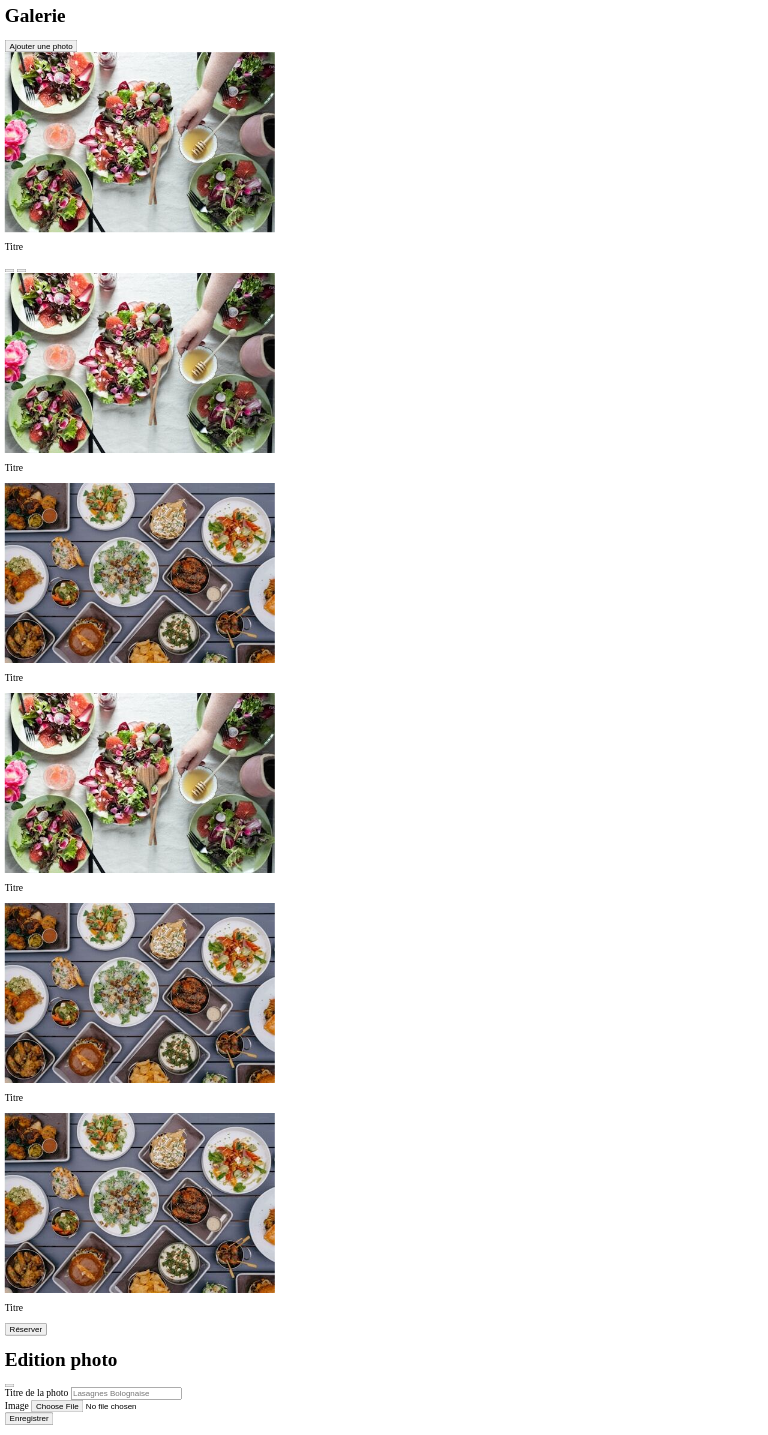
Repository: lemonhao9/QuaiAntiqueRestaurantFront
Page: pages/galerie.html
The author's editor kept a copy of each file at every save. The page is drawn from the files as they stood at one save, then again after the next save.
The browser window is 1280 px wide. The pictures show the whole page, at 60% of full size.

Above is the page before, as saved 2025-01-24 14:54:45.

After the next save:
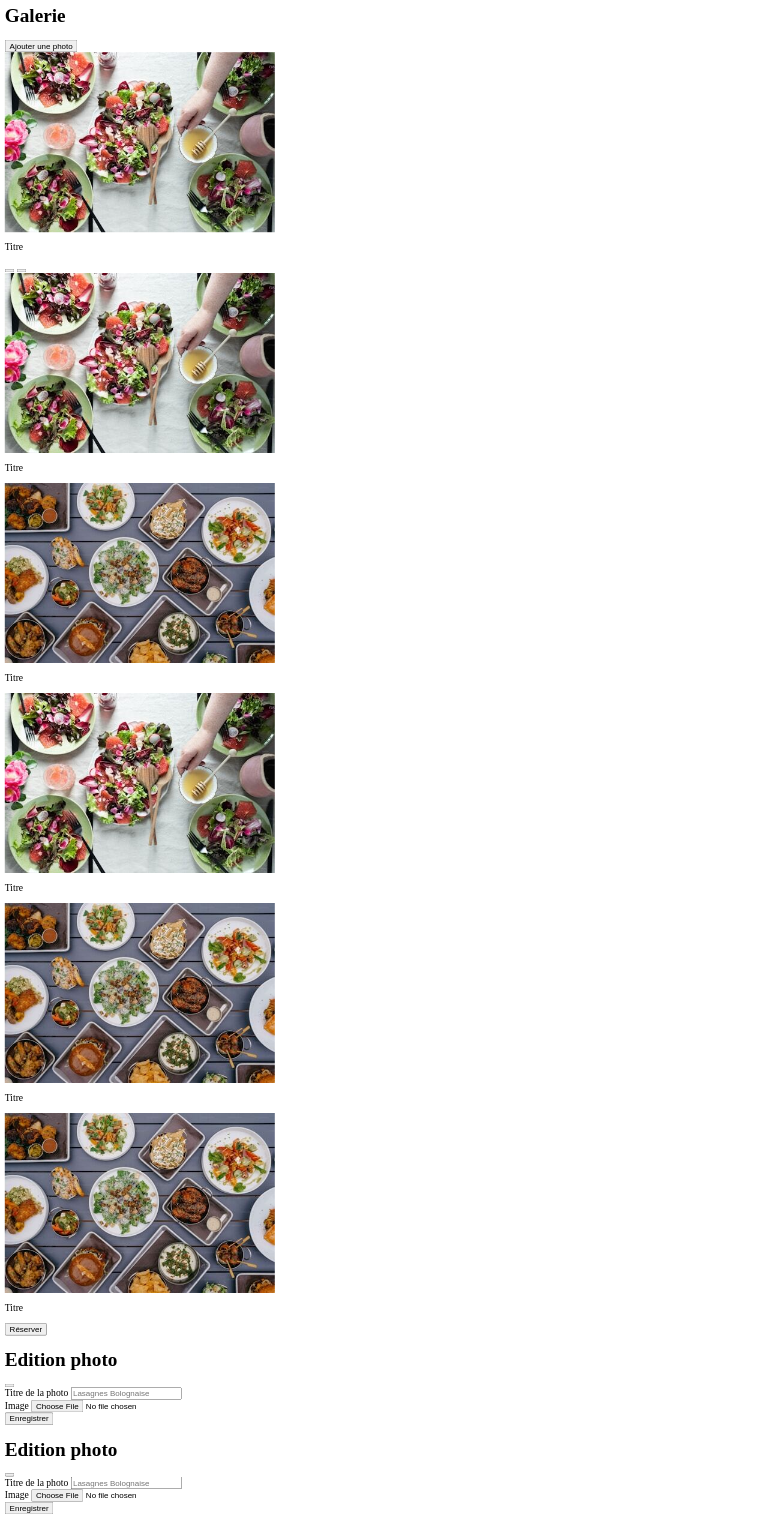
Saved 2 min 41 s later.
--- a/pages/galerie.html
+++ b/pages/galerie.html
@@ -55,8 +55,8 @@
     </div>
 </div>
 
-<!-- Modal -->
-<div class="modal fade" id="EditionPhotoModal" tabindex="-1" aria-labelledby="EditionPhotoModal" aria-hidden="true">
+<!-- Modal édition -->
+<div class="modal fade" id="EditionPhotoModal" tabindex="-1" aria-labelledby="EditionPhotoModalLabel" aria-hidden="true">
     <div class="modal-dialog">
       <div class="modal-content">
         <div class="modal-header">
@@ -81,3 +81,30 @@
       </div>
     </div>
   </div>
+
+  <!-- Modal suppression -->
+<div class="modal fade" id="DeletePhotoModal" tabindex="-1" aria-labelledby="DeletePhotoModalLabel" aria-hidden="true">
+    <div class="modal-dialog">
+      <div class="modal-content">
+        <div class="modal-header">
+          <h1 class="modal-title fs-5" id="DeletePhotoModal">Edition photo</h1>
+          <button type="button" class="btn-close" data-bs-dismiss="modal" aria-label="Close"></button>
+        </div>
+        <div class="modal-body">
+            <form>
+                <div class="mb-3">
+                  <label for="NamePhotoInput" class="form-label">Titre de la photo</label>
+                  <input type="text" class="form-control" id="NamePhotoInput" placeholder="Lasagnes Bolognaise" name="titre-image">
+                </div>
+                <div class="mb-3">
+                  <label for="ImageInput" class="form-label">Image</label>
+                  <input type="file" class="form-control" id="ImageInput" name="Image">
+                </div>
+                <div class="text-center">
+                    <button type="submit" class="btn btn-primary">Enregistrer</button>
+                </div>
+            </form>
+        </div>
+      </div>
+    </div>
+  </div>
